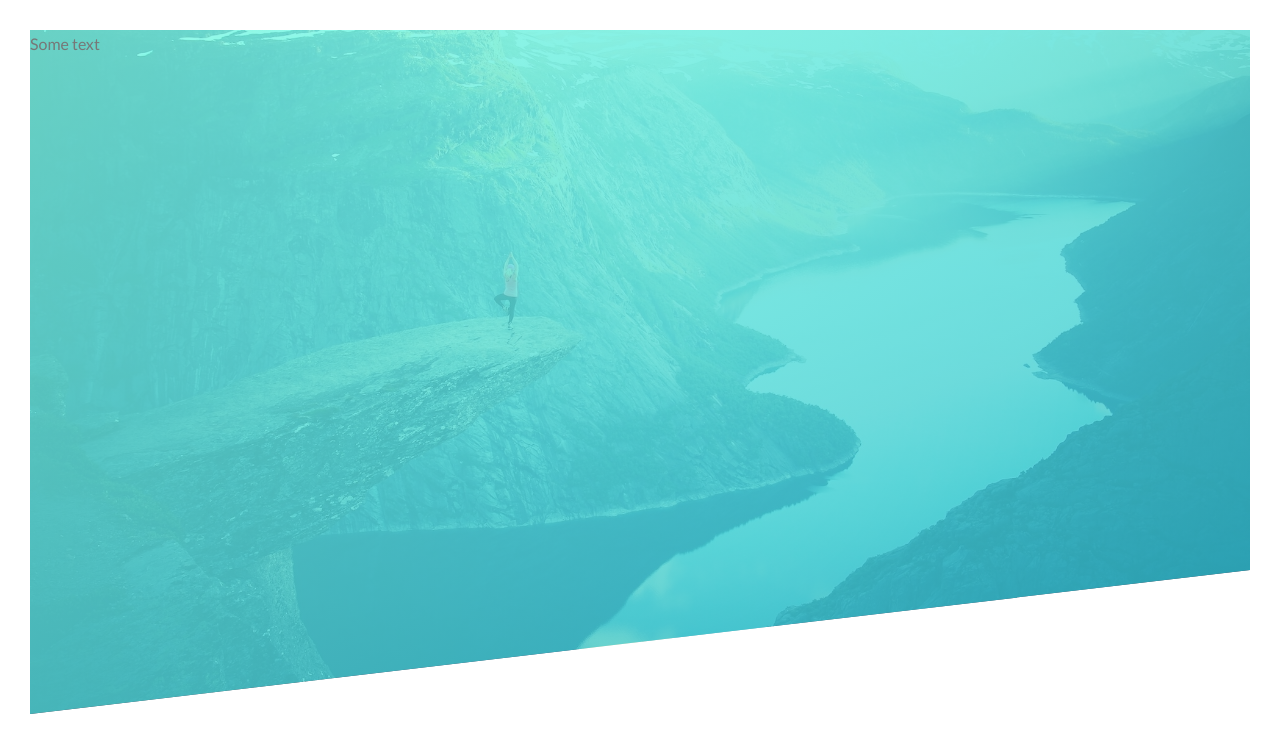
Repository: haokiet2501/natours-page
Page: index.html
The author's editor kept a copy of each file at every save. The page is drawn from the files as they stood at one save, then again after the next save.
The browser window is 1280 px wide. The pictures show the whole page.

Above is the page before, as saved 2022-07-31 16:50:52.

### index.html
<!DOCTYPE html>
<html lang="en">
<head>
    <meta charset="UTF-8">
    <meta http-equiv="X-UA-Compatible" content="IE=edge">
    <meta name="viewport" content="width=device-width, initial-scale=1.0">
    <link rel="shortcut icon" href="img/favicon.png" type="image/x-icon">
    <link rel="stylesheet" href="styles.css">
    <title>Natours</title>
</head>
<body>
    <header class="header">
        Some text
    </header>
</body>
</html>

### styles.css
@import url('https://fonts.googleapis.com/css2?family=Lato:wght@300;400;700;900&display=swap');

* {
    margin: 0;
    padding: 0;
    box-sizing: border-box;
}

:root {
    --lighten-blue: #69ffd7;
    --medium-blue: #3badd4;
    --dark-blue: #1b92c2;
}

body {
    font-family: "Lato", sans-serif;
    line-height: 1.7;
    font-weight: 400;
    font-size: 16px;
    color: #777;
    padding: 30px;
}

html {
    scroll-behavior: smooth;
}

.header {
    height: 95vh;
    background-image: linear-gradient(
        to right bottom,
        rgba(126, 255, 232, 0.8),
        rgba(40, 187, 208, 0.8)
        ) ,url("./img/hero.jpg");
    background-size: cover;
    background-position: top;
    clip-path: polygon(0 0, 100% 0, 100% 75vh, 0 100%);
}

After the next save:
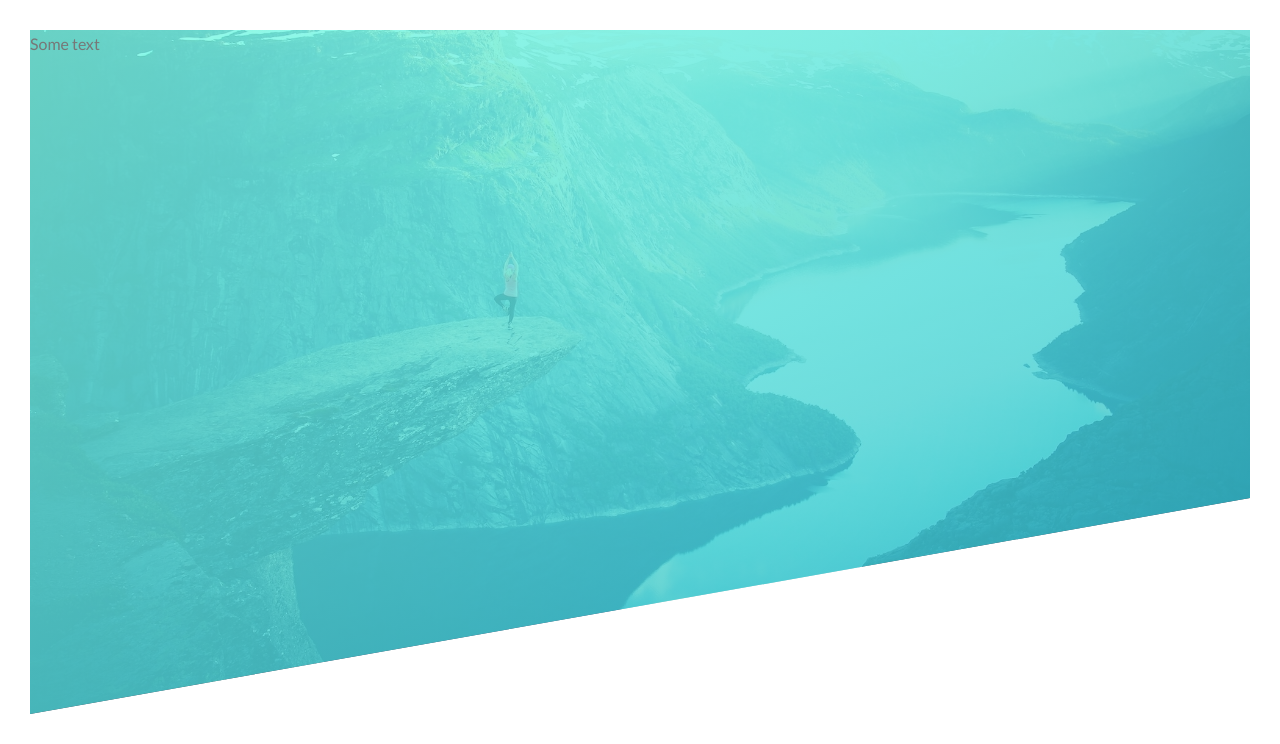
Saved 37 s later.
--- a/styles.css
+++ b/styles.css
@@ -34,5 +34,5 @@ html {
         ) ,url("./img/hero.jpg");
     background-size: cover;
     background-position: top;
-    clip-path: polygon(0 0, 100% 0, 100% 75vh, 0 100%);
+    clip-path: polygon(0 0, 100% 0, 100% 65vh, 0 100%);
 }
